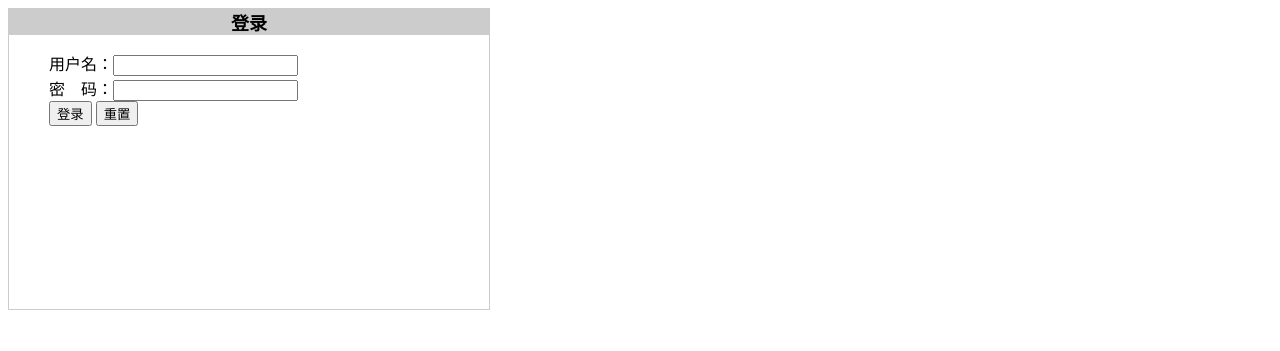
Repository: jiangrongbo/mybatis-blog
Page: http://localhost/exam3/
These files come from the project's save history. The page is drawn as it stood at one moment and after the next save; the edit follows.
The browser window is 1280 px wide. The pictures show the whole page.
The page is served by Tomcat 9.

Above is the page before, as saved 2015-06-29 13:54:56.

After the next save:
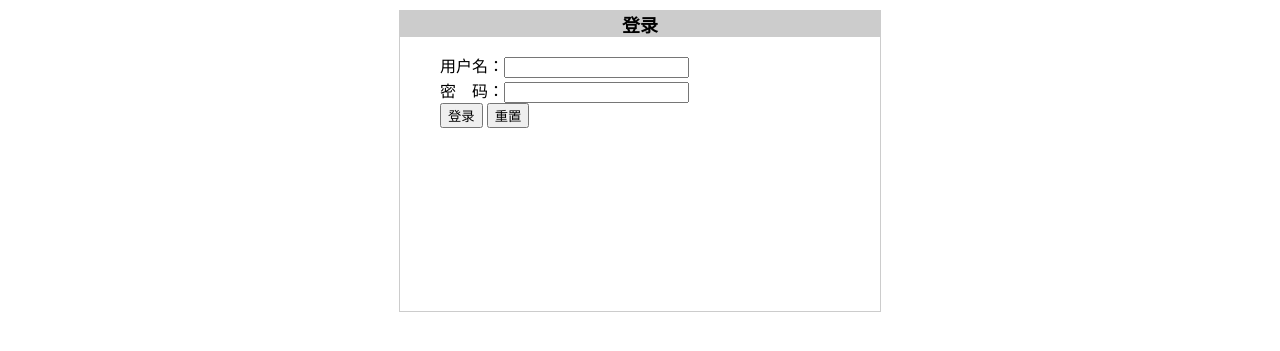
Saved 34 s later.
--- a/exam3/WebContent/index.jsp
+++ b/exam3/WebContent/index.jsp
@@ -10,6 +10,7 @@
 width:480px;
 height:300px;
 border:1px solid #ccc;
+margin: 10px auto auto auto;
 }
 #login h1{
 background:#ccc;
